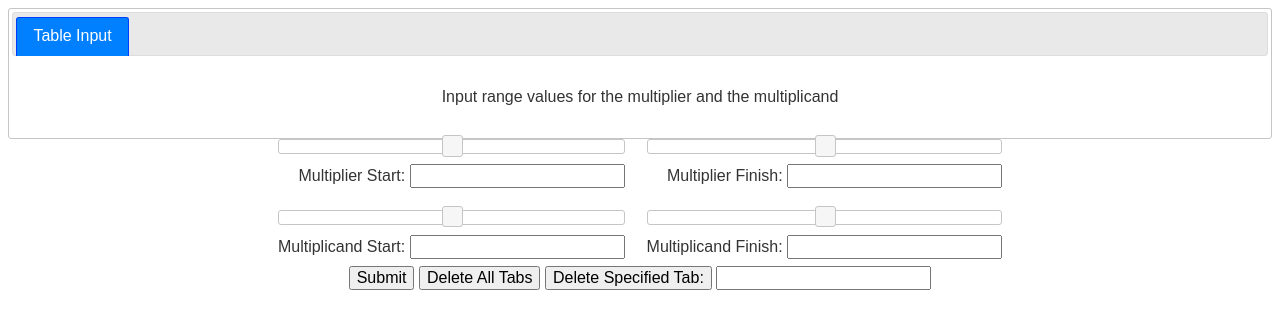
Repository: khrasna/HW4Part2
Page: index.html
The author's editor kept a copy of each file at every save. The page is drawn from the files as they stood at one save, then again after the next save.
The browser window is 1280 px wide. The pictures show the whole page.
Some web libraries are served in a nearby version.

Above is the page before, as saved 2021-11-22 16:35:44.

### index.html
<!-- HTML file for Assignment 3
By Karsten Hrasna  email Karsten_Hrasna@student.uml.edu-->
<!DOCTYPE html>
<html>

<head>
    <title>Multiplication Table</title>
    <link rel="stylesheet" href="style.css">
    <script type="text/javascript" src="https://ajax.googleapis.com/ajax/libs/jquery/3.5.1/jquery.min.js"></script>
    <script type="text/javascript" src="dist/jquery.validate.min.js"></script>
    <script type="text/javascript" src="formvalidate.js"></script>
    <script type="text/javascript"
        src="https://ajax.googleapis.com/ajax/libs/jqueryui/1.11.4/jquery-ui.min.js"></script>
    <link rel="stylesheet" href="https://ajax.googleapis.com/ajax/libs/jqueryui/1.11.4/themes/smoothness/jquery-ui.css">
</head>

<body>
    <div id="container">
        <div id="tabs">
            <ul>
                <li><a href='#tab1'>Table Input</a></li>
            </ul>
            <div id="tab1">
                <div id="row1">
                    <p>Input range values for the multiplier and the multiplicand</p>
                    <!-- Learned from W3schools. Creates a form which takes number ranges for multiplier and multiplicand. -->
                    <form id="FormInput" action="javascript:void(0);" method="get">
                        <!--Learned about javascript:void(0) from Dutchie432 at https://stackoverflow.com/questions/1818249/form-with-no-action-and-where-enter-does-not-reload-page-->
                        <table>
                            <tr>

                                <td class="pad">
                                    <div id="slider-1" class="refresh"></div>
                                    Multiplier Start: <input input="text" class="refresh" name="MultiplierStart">
                                </td>

                                <td>
                                    <div id="slider-2" class="refresh"></div>
                                    Multiplier Finish: <input type="text" class="refresh" name="MultiplierFinish">
                                </td>
                            </tr>
                            <tr>
                                <td class="pad">
                                    <div id="slider-3" class="refresh"></div>
                                    Multiplicand Start: <input type="text" class="refresh" name="MultiplicandStart">
                                </td>

                                <td>
                                    <div id="slider-4" class="refresh"></div>
                                    Multiplicand Finish: <input type="text" class="refresh" name="MultiplicandFinish">
                                </td>
                            </tr>
                        </table>
                        <input type="submit" value="Submit">
                        <input type="button" name="clear" value="Delete All Tabs">
                        <input type="button" name="clearx" value="Delete Specified Tab:">
                        <input type="text" name="clearinput">
                        <!--goes directly under form and processes the input to create a mult table-->
                    </form>
                </div>
            </div>
        </div>
    </div>


</body>

</html>

### style.css
/*Created by Karsten Hrasna. email: Karsten_Hrasna@student.uml.edu*/
html,
body {
    height: 97%;
    text-align: center;
}

#slider-1,
#slider-2,
#slider-3,
#slider-4 {
    margin-bottom: 10px;
    margin-top: 10px;
}

div#container {
    display: grid;
    grid-template-columns: auto;
    /* top row of grid holds the form for input, the rest of page holds the multiplication table*/
    grid-template-rows: 20% 20% 20% 20% 20%;
    height: 97%;
}

div#tab1 {
    margin: auto;
}

div#row1 {
    grid-row: 4;
}

#multTable {
    margin: auto;
    border-collapse: separate;
    border-spacing: 0;
    /*the dynamically sized multiplication table */
    margin-top: 0px;
    border-bottom: 0px;
    grid-row: 2;

}

input[type=submit] {
    /* submit button under form spaced here */
    margin-top: 0px;
    margin-bottom: 0px;
}

#multTable td,
th {
    border: solid;
    border-color: black;
    min-width: 70px;
    font-size: 30px;
    height: 70px;
}


#multTable th {
    position: sticky;
    top: 0px;
    border-right: solid;
    border-right-color: white;
    border-bottom: solid;
    border-bottom-color: white;
    background-color: black;
    color: white;

}

#multTable th:first-child {
    position: sticky;
    top: 70px;
    left: 0;
}


.sticky {
    position: fixed;
    top: 0px;
    /* get the headers to stay fixed on mult table */
    width: 100%;
}

#multTable tr:first-child th:first-child {
    border: none;
    background-color: white;
}

#multTable p.inputError {
    margin: 0px;
}

form {
    margin-bottom: 0px;
}

table {
    margin-left: auto;
    margin-right: auto;
}

form td {
    text-align: right;
    justify-content: right;
    padding: 5px;
    /*line up the input form textboxes*/
}

form p {
    margin: 0px;
}

td.pad {
    padding-right: 15px;
}

### formvalidate.js
var tabs;

$(function () {
    $("#tabs").tabs();

    $("#slider-1").slider({
        min: -50, //initialize the four sliders to set the values of their respective input boxes
        max: 50,
        slide: function (event, ui) {
            $('input[name="MultiplierStart"]').val(ui.value);
        }
    });
    $("#slider-2").slider({
        min: -50,
        max: 50,
        slide: function (event, ui) {
            $('input[name="MultiplierFinish"]').val(ui.value);
        }
    });
    $("#slider-3").slider({
        min: -50,
        max: 50,
        slide: function (event, ui) {
            $('input[name="MultiplicandStart"]').val(ui.value);
        }
    });
    $("#slider-4").slider({
        min: -50,
        max: 50,
        slide: function (event, ui) {
            $('input[name="MultiplicandFinish"]').val(ui.value);
        }
    });

    $('input[name="MultiplierStart"]').on('keyup', function () { //if the input boxes values are changed, set the slider to that value
        $("#slider-1").slider("option", "value", $('input[name="MultiplierStart"]').val());
    });

    $('input[name="MultiplierFinish"]').on('keyup', function () {
        $("#slider-2").slider("option", "value", $('input[name="MultiplierFinish"]').val());
    });

    $('input[name="MultiplicandStart"]').on('keyup', function () {
        $("#slider-3").slider("option", "value", $('input[name="MultiplicandStart"]').val());
    });

    $('input[name="MultiplicandFinish"]').on('keyup', function () {
        $("#slider-4").slider("option", "value", $('input[name="MultiplicandFinish"]').val());
    });


    $.validator.addMethod("less", function (value, element, params) {
        if (params[0].value == "") {
            return true; // dont want it to say that the start has to be greater than finish if no finish given. instead it will say to give finish value in other error
        } else {
            return this.optional(element) || +value <= +params[0].value;

        } //checks to make sure that the starts are less than the finishes, learned from
    }); // https://jqueryvalidation.org/jQuery.validator.addMethod/

    $.validator.addMethod("checkval", function (value, element) {
        if (value == "") {
            return true; // dont want it to say that the start has to be greater than finish if no finish given. instead it will say to give finish value in other error
        } else {
            return this.optional(element) || +value > 1;

        } //checks to make sure that the starts are less than the finishes, learned from
    });


    $("#FormInput").validate({
        //this makes it so the validator updates the error messages whenever new input is typed.
        //learned about onkeyup at https://www.sitepoint.com/jquery-validation-validate-form-submit/
        rules: {
            MultiplierStart: {
                range: [-50, 50],
                less: $('input[name="MultiplierFinish"]'),
                required: true

            },
            MultiplierFinish: { //rules for form input. makes sure the numbers are in range, and that the fields have input in them.
                required: true,
                range: [-50, 50]
            },

            MultiplicandStart: {
                range: [-50, 50],
                less: $('input[name="MultiplicandFinish"]'),
                required: true
            },

            MultiplicandFinish: {
                range: [-50, 50],
                required: true
            }
        },

        messages: {
            MultiplierStart: {
                required: "Multiplier Start must be a digit between -50 and 50",
                range: "The range of Multiplier Start must stay within -50 and 50",
                less: "The value of Multiplier Start must be less than or equal to Multiplier Finish."
            },

            MultiplierFinish: {
                required: "Multiplier Finish must be a digit between -50 and 50",
                range: "The range of Multiplier Finish must stay within -50 and 50",
            },

            MultiplicandStart: {
                required: "Multiplicand Start must be a digit between -50 and 50",
                range: "The range of Multiplicand Start must stay within -50 and 50",
                less: "The value of Multiplicand Start must be less than or equal to Multiplicand Finish."
            },

            MultiplicandFinish: {
                required: "Multiplicand Finish must be a digit between -50 and 50",
                range: "The range of Multiplicand Finish must stay within -50 and 50",
            }


        },

        errorPlacement: function (error, element) {
            $(error).appendTo($(('#FormInput'))); //place the errors below the form
        },
        errorElement: "p"

    });

    $(".refresh").on("input", function () {
        processHere();
    });

    $(".refresh").on("slide", function () {
        processHere();
    });


    $('input[type="submit"]').on('click', function () { //check if form is valid and process table if true
        $('input[name="clearinput"]').rules('remove');
        if ($("#FormInput").valid()) {
            process();
        }
    });



    $('input[name="clear"]').on("click", function () { //clear all tabs except main tab
        for (var i = 2; i <= tabs; i++) {
            $("#tabs").find("li:not(:first)").remove();
            $("#tabs").tabs('refresh');
        }
        tabs = 1;
    });

    $('input[name="clearx"]').on("click", function () { //clear a specified tab with a range of 2 - number of tabs
        console.log(tabs);
        console.log($("#FormInput").validate().settings.rules);
        $('input[name="clearinput"]').rules('add', {
            digits: true,
            required: true,
            range: [2, tabs],
            checkval: true,

            messages: {
                digits: "Please make your specified tab to be deleted contain only numbers within the indicated range.",
                range: "Please choose a tab between 2 and " + tabs,
                checkval: "Please enter a tab value which is greater than 1.",
                required: "Please enter a value for the Delete Specified Tab value."
            }
        });

        if ($('input[name="clearinput"]').valid()) { //if the specified tab to be removed is valid then remove it
            var removetab = $('input[name="clearinput"]').val();
            $("#tabs").find("li:nth-child(" + removetab + ")").remove();
            $("#tabs").tabs('refresh');

            if (tabs > 1) {
                tabs -= 1;
            }
        }

    })

});

function processHere() {
    var multStart = $('input[name="MultiplierStart"]').val();
    var multFinish = $('input[name="MultiplierFinish"]').val();
    var multiplicandStart = $('input[name="MultiplicandStart"]').val();
    var multiplicandFinish = $('input[name="MultiplicandFinish"]').val();

    //clear old table and create a table with size based on input given
    const rowVals = [];
    const colVals = []; //these will hold the values of the multiplier and multiplicand
    var rows = multFinish - multStart;
    var cols = multiplicandFinish - multiplicandStart;
    tabs = $("#tabs ul li").length + 1; //number of tabs, learned from https://stackoverflow.com/questions/14702631/in-jquery-ui-1-9-how-do-you-create-new-tabs-dynamically
    for (var i = 0; i <= cols; i++) {
        colVals[i] = (+multiplicandStart + +i); //save the values of the numbers being multiplied
    }
    for (var i = 0; i <= rows; i++) {
        rowVals[i] = (+multStart + +i);
    }
    var table = createTable(rows, cols, rowVals, colVals); //create table based on total rows and cols, and top and left are the sets of multipliers and multiplicands
    table.id = "multTable";

}

function process() {
    var multStart = $('input[name="MultiplierStart"]').val();
    var multFinish = $('input[name="MultiplierFinish"]').val();
    var multiplicandStart = $('input[name="MultiplicandStart"]').val();
    var multiplicandFinish = $('input[name="MultiplicandFinish"]').val();

    //clear old table and create a table with size based on input given
    const rowVals = [];
    const colVals = []; //these will hold the values of the multiplier and multiplicand
    var rows = multFinish - multStart;
    var cols = multiplicandFinish - multiplicandStart;
    tabs = $("#tabs ul li").length + 1; //number of tabs, learned from https://stackoverflow.com/questions/14702631/in-jquery-ui-1-9-how-do-you-create-new-tabs-dynamically
    for (var i = 0; i <= cols; i++) {
        colVals[i] = (+multiplicandStart + +i); //save the values of the numbers being multiplied
    }
    for (var i = 0; i <= rows; i++) {
        rowVals[i] = (+multStart + +i);
    }
    var table = createTable(rows, cols, rowVals, colVals); //create table based on total rows and cols, and top and left are the sets of multipliers and multiplicands
    table.id = "multTable";
    //adds list item to tab list with parameters as title
    $("#tabs ul").append("<li><a href='#tab" + tabs + "'>" + multStart + " " + multFinish + " " + multiplicandStart + " " + multiplicandFinish + "</a></li>");
    $("#tabs").append("<div id='tab" + tabs + "'></div>"); //also learned from https://stackoverflow.com/questions/14702631/in-jquery-ui-1-9-how-do-you-create-new-tabs-dynamically
    $("#tab" + tabs).append(table); //adds the table to a new tab
    $("#tabs").tabs("refresh");

}

function createTable(rows, cols, rowVals, colVals) {
    var t = document.createElement('table');
    for (var x = 0; x <= rows + 1; x++) { // rows and cols + 1 to indicate ranges of numbers
        var r = document.createElement('tr');
        t.appendChild(r);
        for (var y = 0; y <= cols + 1; y++) { //creates the cols of the table row by row
            if (y == 0) {
                var c = document.createElement('th'); //create and insert element based on position in table
                c.id = "topHeader";
                if (x != 0) {
                    c.innerHTML = rowVals[x - 1]; // - 1 because it is moved over 1 to the right
                }
            } else if (x == 0) {
                var c = document.createElement('th');
                if (y != 0) {
                    c.innerHTML = colVals[y - 1];
                }
            } else {
                var c = document.createElement('td');
                c.innerHTML = rowVals[x - 1] * colVals[y - 1];
                if (((y % 2) + (x % 2)) == 0 || ((y % 2) + (x % 2)) == 2) { // checker board effect
                    c.style.backgroundColor = "gray";
                }
            }
            r.appendChild(c);
        }
    }
    return t;
}

Loaded but not shown: dist/jquery.validate.min.js (library)

After the next save:
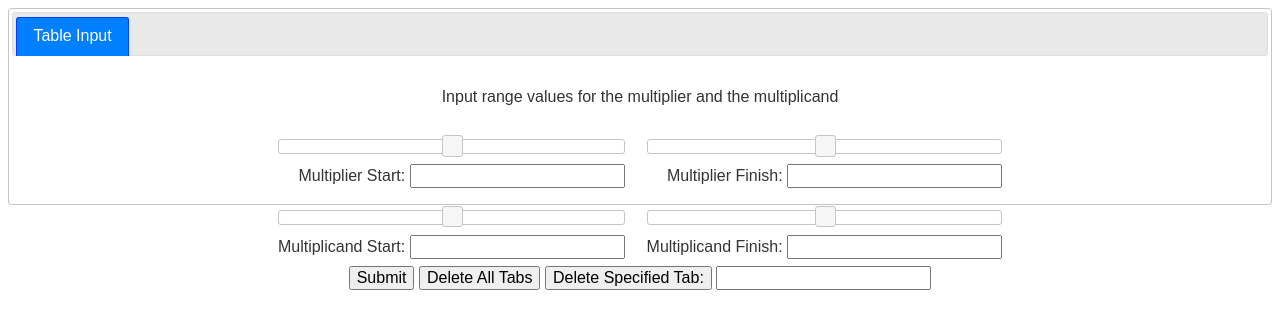
Saved 28 s later.
--- a/style.css
+++ b/style.css
@@ -17,7 +17,7 @@ div#container {
     display: grid;
     grid-template-columns: auto;
     /* top row of grid holds the form for input, the rest of page holds the multiplication table*/
-    grid-template-rows: 20% 20% 20% 20% 20%;
+    grid-template-rows: 30% auto;
     height: 97%;
 }
 
